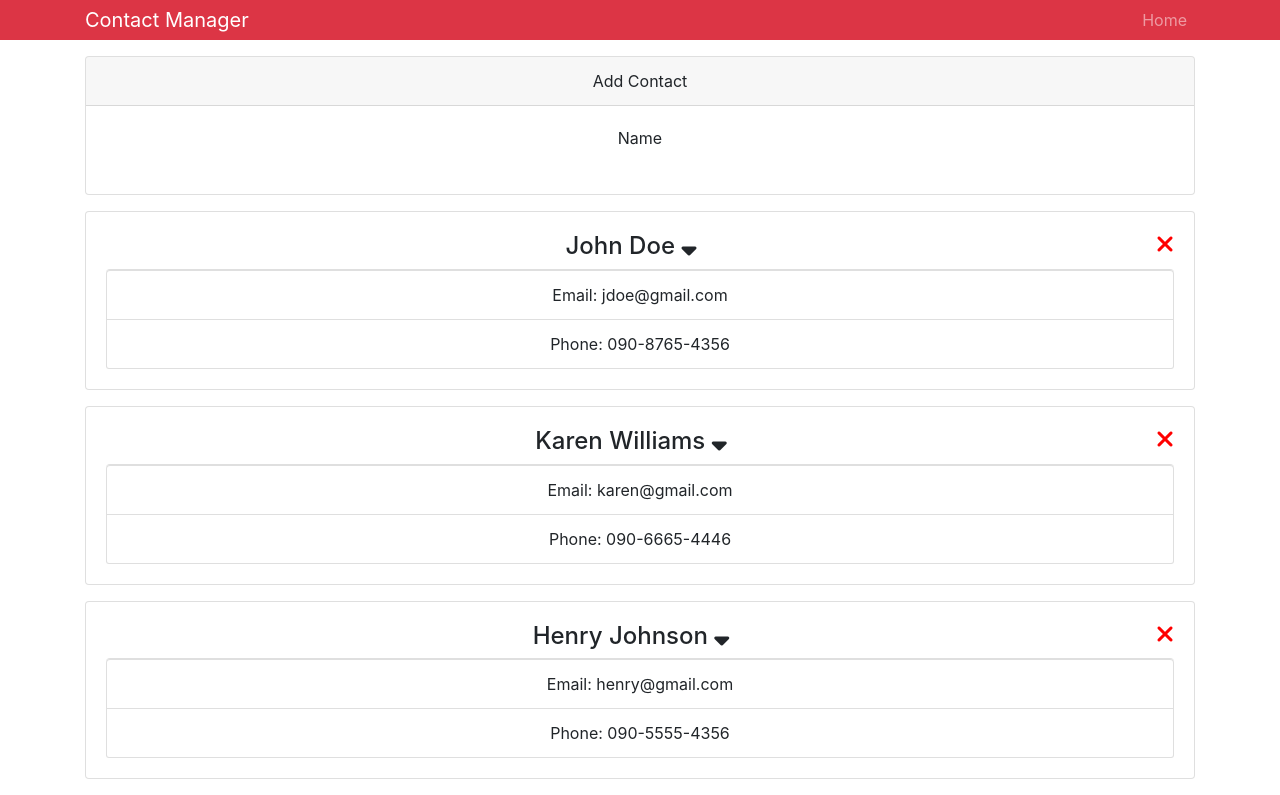
Repository: IkennaU/contactmanager
Page: /test
These files come from the project's save history. The page is drawn as it stood at one moment and after the next save; the edit follows.
The browser window is 1280 px wide. The pictures show the whole page.
Some web libraries are served in a nearby version. The project was rebuilt for these pictures with package versions that can differ from the ones it lists, and the page was loaded fresh each time.

Above is the page before, as saved 2020-07-22 00:11:49.

### public/index.html
<!DOCTYPE html>
<html lang="en">
  <head>
    <meta charset="utf-8" />
    <link rel="icon" href="%PUBLIC_URL%/favicon.ico" />
    <meta name="viewport" content="width=device-width, initial-scale=1" />
    <meta name="theme-color" content="#000000" />
    <meta
      name="description"
      content="Web site created using create-react-app"
    />
    <link rel="apple-touch-icon" href="%PUBLIC_URL%/logo192.png" />
    <!--
      manifest.json provides metadata used when your web app is installed on a
      user's mobile device or desktop. See https://developers.google.com/web/fundamentals/web-app-manifest/
    -->
    <link rel="manifest" href="%PUBLIC_URL%/manifest.json" />
    <!--
      Notice the use of %PUBLIC_URL% in the tags above.
      It will be replaced with the URL of the `public` folder during the build.
      Only files inside the `public` folder can be referenced from the HTML.

      Unlike "/favicon.ico" or "favicon.ico", "%PUBLIC_URL%/favicon.ico" will
      work correctly both with client-side routing and a non-root public URL.
      Learn how to configure a non-root public URL by running `npm run build`.
    -->
    <title>Contact Manager</title>
  </head>
  <body>
    <noscript>You need to enable JavaScript to run this app.</noscript>
    <div id="root"></div>
    <!--
      This HTML file is a template.
      If you open it directly in the browser, you will see an empty page.

      You can add webfonts, meta tags, or analytics to this file.
      The build step will place the bundled scripts into the <body> tag.

      To begin the development, run `npm start` or `yarn start`.
      To create a production bundle, use `npm run build` or `yarn build`.
    -->
  </body>
  <script src="https://kit.fontawesome.com/98795c63b9.js"></script>
</html>

### src/App.js
import React from "react";
import Contacts from "./components/contacts/Contacts";
import Header from "./components/layout/Header";
import AddContact from "./components/contacts/AddContact";
import "bootstrap/dist/css/bootstrap.min.css";
import { Provider } from "./context";

import "./App.css";

function App() {
  return (
    <Provider>
      <div className="App">
        <Header branding="Contact Manager" />
        <div className="container">
          <AddContact />
          <Contacts />
        </div>
      </div>
    </Provider>
  );
}

export default App;

### src/components/contacts/Contacts.js
import React, { Component } from "react";
import PropTypes from "prop-types";
import Contact from "../contacts/Contact";
import { Consumer } from "../../context";

class Contacts extends Component {
  static propTypes = {};

  render() {
    return (
      <Consumer>
        {(value) => {
          return (
            <div>
              {value.contacts.map((contact) => (
                <Contact key={contact.id} contact={contact} />
              ))}{" "}
            </div>
          );
        }}
      </Consumer>
    );
  }
}

export default Contacts;

### src/components/layout/Header.js
import React from "react";
import PropTypes from "prop-types";

function Header(props) {
  return (
    <nav className="navbar navbar-expand-sm navbar-dark bg-danger mb-3 py-0">
      <div className="container">
        <a href="/" className="navbar-brand">
          {props.branding}
        </a>
        <div>
          <ul className="navbar-nav mr-auto">
            <li className="nav-item">
              <a href="/" className="nav-link">
                Home
              </a>
            </li>
          </ul>
        </div>
      </div>
    </nav>
  );
}
Header.propTypes = { branding: PropTypes.string.isRequired };

export default Header;

### src/components/contacts/AddContact.js
import React, { Component } from "react";
import PropTypes from "prop-types";

class AddContact extends Component {
  static propTypes = {};

  state = { name: "", email: "", phone: "" };

  render() {
    return (
      <div className="card mb-3">
        <div className="card-header">Add Contact</div>
        <div className="card-body">
          <form>
            <div className="form-group">
              <label htmlFor="name">Name</label>
            </div>
          </form>
        </div>
      </div>
    );
  }
}

export default AddContact;

### src/context.js
import React, { Component } from "react";

const Context = React.createContext();
const reducer = (state, action) => {
  switch (action.type) {
    case "DELETE_CONTACT":
      return {
        ...state,
        contacts: state.contacts.filter(
          (contact) => contact.id !== action.payload
        ),
      };
    default:
      return state;
  }
};

export class Provider extends Component {
  state = {
    contacts: [
      {
        id: 1,
        name: "John Doe",
        email: "jdoe@gmail.com",
        phone: "090-8765-4356",
      },
      {
        id: 2,
        name: "Karen Williams",
        email: "karen@gmail.com",
        phone: "090-6665-4446",
      },
      {
        id: 3,
        name: "Henry Johnson",
        email: "henry@gmail.com",
        phone: "090-5555-4356",
      },
    ],
    dispatch: (action) => {
      this.setState((state) => reducer(state, action));
    },
  };
  render() {
    return (
      <Context.Provider value={this.state}>
        {this.props.children}
      </Context.Provider>
    );
  }
}
export const Consumer = Context.Consumer;

### src/components/contacts/Contact.js
import React, { Component } from "react";
import PropTypes from "prop-types";
import { Consumer } from "../../context";

class Contact extends Component {
  static propTypes = {
    contact: PropTypes.object.isRequired,
  };
  state = {
    showContactInfo: true,
  };
  onShowClick = (e) => {
    this.setState({ showContactInfo: !this.state.showContactInfo });
  };
  onDeleteClick = (id, dispatch) => {
    dispatch({ type: "DELETE_CONTACT", payload: id });
  };

  render() {
    return (
      <Consumer>
        {(value) => {
          return (
            <div className="card card-body mb-3">
              <h4>
                {this.props.contact.name}{" "}
                <i
                  onClick={this.onShowClick}
                  className="fas fa-sort-down"
                  style={{ cursor: "pointer" }}
                />
                <i
                  className="fas fa-times"
                  style={{ cursor: "pointer", float: "right", color: "red" }}
                  onClick={this.onDeleteClick.bind(
                    this,
                    this.props.contact.id,
                    value.dispatch
                  )}
                ></i>
              </h4>
              {this.state.showContactInfo ? (
                <ul className="list-group">
                  <li className="list-group-item">
                    Email: {this.props.contact.email}
                  </li>
                  <li className="list-group-item">
                    Phone: {this.props.contact.phone}
                  </li>
                </ul>
              ) : null}
            </div>
          );
        }}
      </Consumer>
    );
  }
}

export default Contact;

Loaded but not shown: src/index.js (common file); src/serviceWorker.js (common file); src/App.css (common file)

After the next save:
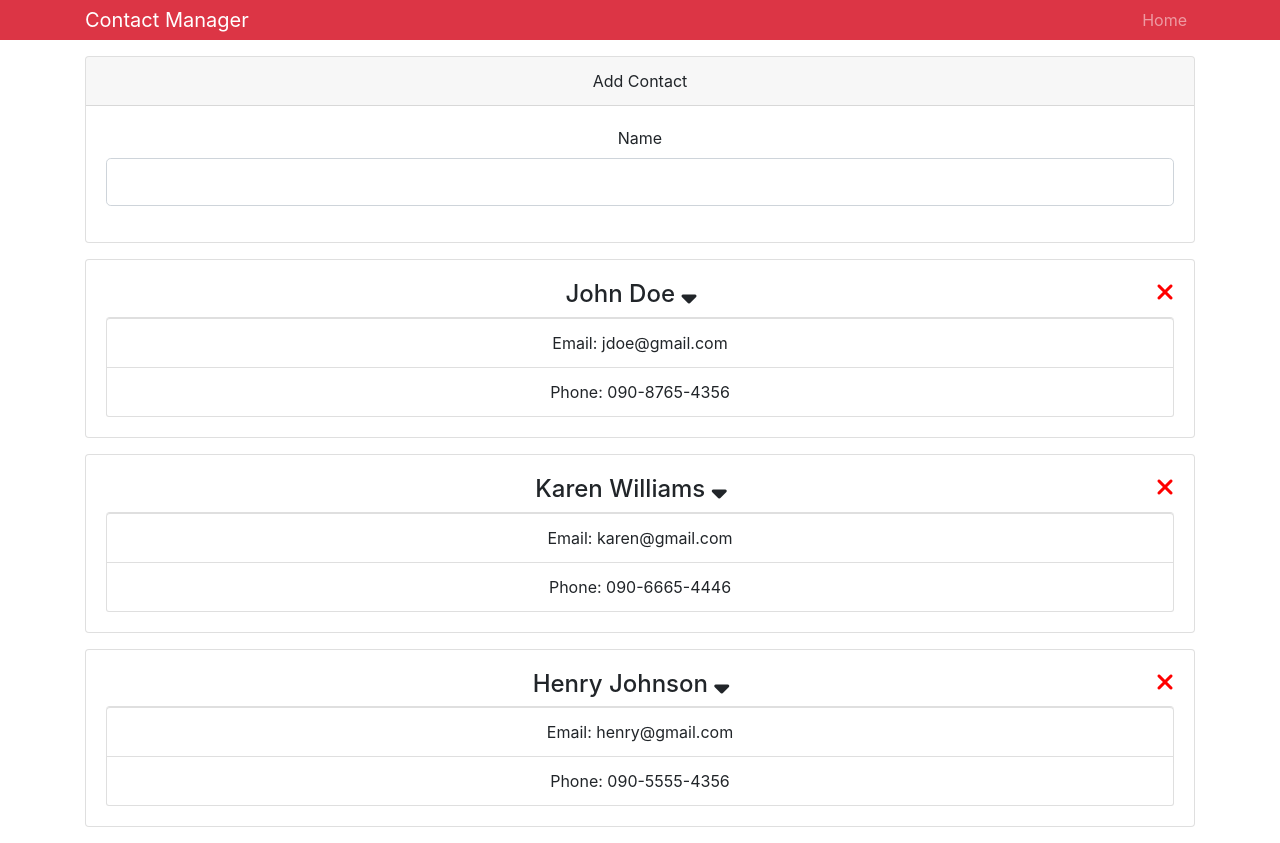
Saved 66 s later.
--- a/src/components/contacts/AddContact.js
+++ b/src/components/contacts/AddContact.js
@@ -14,6 +14,7 @@ class AddContact extends Component {
           <form>
             <div className="form-group">
               <label htmlFor="name">Name</label>
+              <input type="text" className="form-control form-control-lg" />
             </div>
           </form>
         </div>
